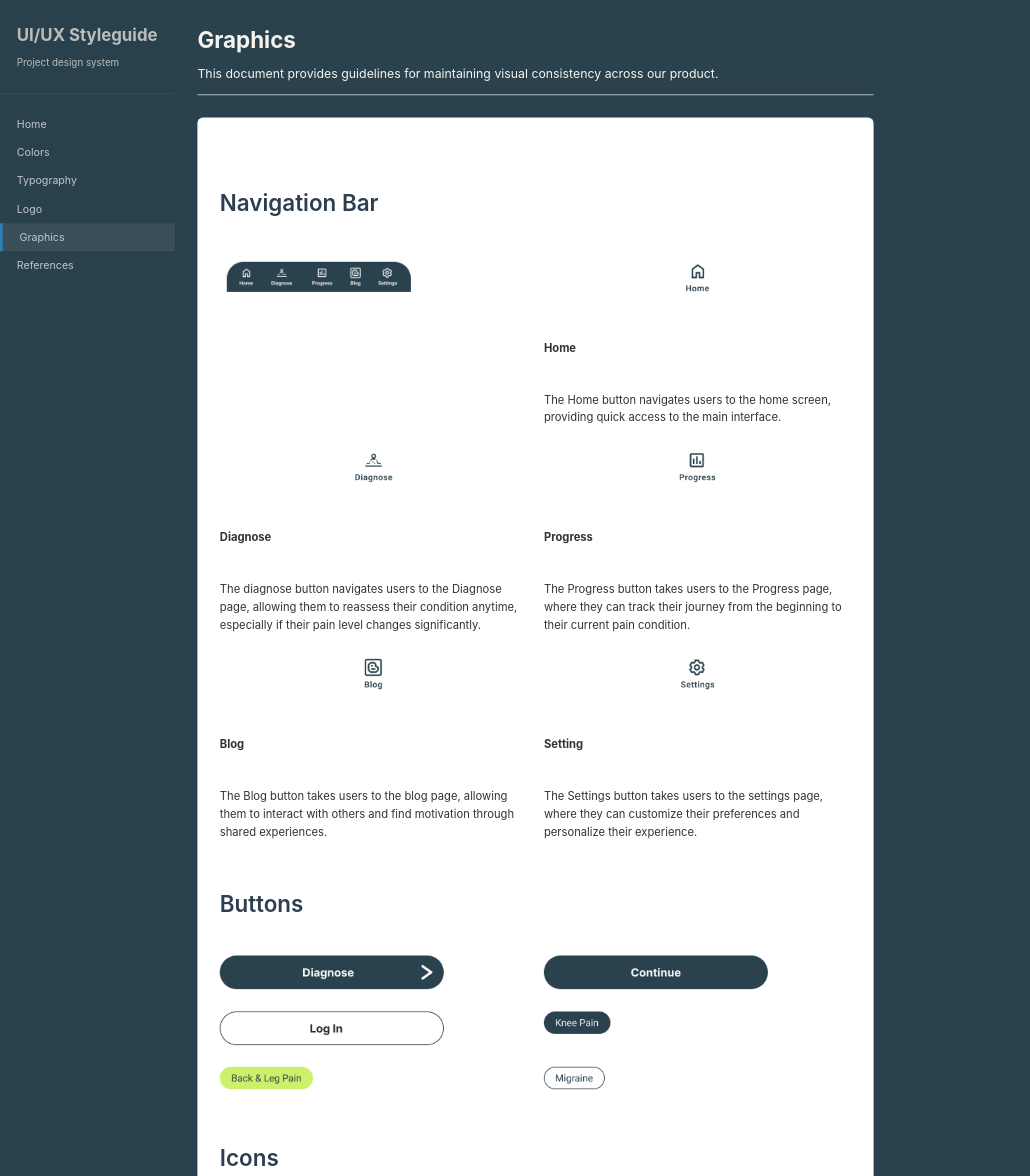
Repository: rosielee09/Heal_U
Page: graphics.html
An editor plug-in stored every save of this project. The page is shown before and after the next save, followed by the edit.
The browser window is 1280 px wide. The page is 1472 px wide, so the pictures cover 1472 px, including what lies to the right of the window. The pictures show the part of the page from y = 0 to 1680 px (the page is 4781 px tall before and 4923 px after), at 70% of full size.

Above is the page before, as saved 2025-04-06 10:41:29.

### graphics.html
<!DOCTYPE html>
<html lang="en">
<head>
    <meta charset="UTF-8">
    <meta name="viewport" content="width=device-width, initial-scale=1.0">
    <link rel="stylesheet" href="styles.css">
    <title>Heal_U Styleguide</title>
</head>
<body>
    <div class="container">
        <!-- Sidebar Navigation -->
        <div class="sidebar">
            <div class="sidebar-header">
                <h1>UI/UX Styleguide</h1>
                <p>Project design system</p>
            </div>
            <ul class="nav">
                <li ><a href="index.html">Home</a></li>
                <li><a href="colors.html">Colors</a></li>
                <li><a href="typography.html">Typography</a></li>
                <li><a href="logo.html">Logo</a></li>
                <li class="active"><a href="graphics.html">Graphics</a></li>
                <li><a href="references.html">References</a></li>
            </ul>
        </div>

        <!-- Main Content - Home Page -->

        <div class="content">
            <header class="page-header">
                <h2>Graphics</h2>
                <p>This document provides guidelines for maintaining visual consistency across our product.</p>
            </header>


           <!-- SECTION 1: menu bar -->
           <div class="component">
            <div class="component-header">

                <section class="component-section">
                    <h3 class="component-title">Navigation Bar</h3>
                    <div class="graphic-grid">


                        <!-- navbar -->
                        <div class="graphic-item">
                            <img class="graphic-menu__icon" src="/img/graphic-menu/navbar.png" alt="navbar" width="60%">
                        </div>
                        <!-- home -->
                        <div class="graphic-item">
                            <img class="graphic-menu__icon" src="/img/graphic-menu/home.png" alt="home">
                            <div class="graphic-info">
                                <h4 class="graphic-title">Home</h4>
                                <p>The Home button navigates users to the home screen, providing quick access to the main interface.</p>
                            </div>
                        </div>
                        <!-- diagnose -->
                        <div class="graphic-item">
                            <img class="graphic-menu__icon" src="/img/graphic-menu/diagnose.png" alt="diagnose">
                            <div class="graphic-info">
                                <h4 class="graphic-title">Diagnose </h4>
                                <div>The diagnose button navigates users to the Diagnose page, allowing them to reassess their condition anytime, especially if their pain level changes significantly.</div>
                            </div>
                        </div>
                        <!-- Progress -->
                        <div class="graphic-item">
                            <img class="graphic-menu__icon" src="/img/graphic-menu/progress.png" alt="Progress">
                            <div class="graphic-info">
                                <h4 class="graphic-title">Progress </h4>
                                <div>
                                    The Progress button takes users to the Progress page, where they can track their journey from the beginning to their current pain condition.</div>
                            </div>
                        </div>

                        <!-- blog -->
                        <div class="graphic-item">
                            <img class="graphic-menu__icon" src="/img/graphic-menu/blog.png" alt="blog">
                            <div class="graphic-info">
                                <h4 class="graphic-title">Blog </h4>
                                <div>The Blog button takes users to the blog page, allowing them to interact with others and find motivation through shared experiences.</div>
                        </div>
                        </div>

                        <!-- Setting -->
                        <div class="graphic-item">
                            <img class="graphic-menu__icon" src="/img/graphic-menu/setting.png" alt="Setting">
                            <div class="graphic-info">
                                <h4 class="graphic-title">Setting </h4>
                                <div>The Settings button takes users to the settings page, where they can customize their preferences and personalize their experience.</div>

                    </div>
                </div>
            </div>

<!-- button section -->
                <section class="component-section">
                    <h3 class="component-title">Buttons </h3>

                    <div class="graphic-grid">
                          <!-- fill button -->
                        <div class="graphic-item">
                            <img class="graphic-button__icon" src="/img/Appovation - buttons/Button-fill-withIcon.png" alt="fill-icon">
                        </div>
                        <div class="graphic-item">
                            <img class="graphic-button__icon" src="/img/Appovation - buttons/Button-fill.jpg" alt="fill">
                        </div>
                        <div class="graphic-item">
                            <img class="graphic-button__icon" src="/img/Appovation - buttons/Button-outline.jpg" alt="outline">
                        </div>
                        <div class="graphic-item">
                            <img class="graphic-button__icon" src="/img/Appovation - buttons/chips-fill.png" alt="chips">
                        </div>
                        <div class="graphic-item">
                            <img class="graphic-button__icon" src="/img/Appovation - buttons/chips-highlighted.png" alt="chips-highlighted">
                        </div>
                        <div class="graphic-item">
                            <img class="graphic-button__icon" src="/img/Appovation - buttons/chips-outlined.png" alt="chips-outlined">
                        </div>
                    </div>
                </section>

            <section class="component-section">
                <h3 class="component-title">Icons </h3>
                <h4 class="graphic-title">User Setting</h4>
                <div class="graphic-item">
                    <img class="graphic-icons" src="/img/Appovation - icons/user setting icon.png" alt="pain_type_icon">
                </div>

                <h4 class="graphic-title">Type of Pain</h4>
                <div class="graphic-grid__icons">

                    <div class="graphic-item">
                        <img class="graphic-icons" src="/img/Appovation - icons/Icon-stabbing.png" alt="pain_type_icon">
                    </div>
                    <div class="graphic-item">
                        <img class="graphic-icons" src="/img/Appovation - icons/Icon-tingling.png" alt="pain_type_icon">
                    </div>
                    <div class="graphic-item">
                        <img class="graphic-icons" src="/img/Appovation - icons/Icon_Burning.png" alt="pain_type_icon">
                    </div>
                    <div class="graphic-item">
                        <img class="graphic-icons" src="/img/Appovation - icons/Icon_Cramps.png" alt="pain_type_icon">
                    </div>
                    <div class="graphic-item">
                        <img class="graphic-icons" src="/img/Appovation - icons/Icon_dull ache.png" alt="pain_type_icon">
                    </div>
                    <div class="graphic-item">
                        <img class="graphic-icons" src="/img/Appovation - icons/Icon_freezing.png" alt="pain_type_icon">
                    </div>
                    <div class="graphic-item">
                        <img class="graphic-icons" src="/img/Appovation - icons/Icon_Migrane.png" alt="pain_type_icon">
                    </div>
                    <div class="graphic-item">
                        <img class="graphic-icons" src="/img/Appovation - icons/Icon_neuralgia.png" alt="pain_type_icon">
                    </div>
                    <div class="graphic-item">
                        <img class="graphic-icons" src="/img/Appovation - icons/Icon_numbness.png" alt="pain_type_icon">
                    </div>
                    <div class="graphic-item">
                        <img class="graphic-icons" src="/img/Appovation - icons/Icon_thobbing.png" alt="pain_type_icon">
                    </div>

                </div>


                <h4 class="graphic-title">Pain Scale</h4>
                <div class="graphic-grid">

                    <div class="graphic-item">
                        <img class="graphic-icons" src="/img/Appovation - icons/Pain_difference-slider-green.png" alt="pain_scale_icon">
                    </div>
                    <div class="graphic-item">
                        <img class="graphic-icons" src="/img/Appovation - icons/Pain_difference-slider-mild.png" alt="pain_scale_icon">
                    </div>
                    <div class="graphic-item">
                        <img class="graphic-icons" src="/img/Appovation - icons/Pain_difference-slider-middle.png" alt="pain_scale_icon">
                    </div>
                    <div class="graphic-item">
                        <img class="graphic-icons" src="/img/Appovation - icons/Pain_difference-slider-less-severe.png" alt="pain_scale_icon">
                    </div>
                    <div class="graphic-item">
                        <img class="graphic-icons" src="/img/Appovation - icons/Pain_difference-slider-severe.png" alt="pain_scale_icon">
                    </div>
                </div>
                <div class="graphic-item-grid1">
                    <img class="graphic-icons" src="/img/Appovation - icons/progress pain scale.png" alt="pain_scale_icon">
                </div>

        </section>

        <section class="component-section">
            <h3 class="component-title">Illustrations</h3>

            <div class="graphic-grid-illustrations">
                  <!-- fill button -->
                <div class="graphic-item-illustrations">
                    <img class="graphic-illustrations" src="/img/Appovation - illustration set/5214865 1.png" >
                </div>
                <div class="graphic-item-illustrations">
                    <img class="graphic-illustrations" src="/img/Appovation - illustration set/AdobeStock_593962329 1.png">
                </div>
                <div class="graphic-item-illustrations">
                    <img class="graphic-illustrations" src="/img/Appovation - illustration set/exercise 2.png" >
                </div>
                <div class="graphic-item-illustrations">
                    <img class="graphic-illustrations" src="/img/Appovation - illustration set/Group 103.png" >
                </div>
                <div class="graphic-item-illustrations">
                    <img class="graphic-illustrations" src="/img/Appovation - illustration set/Group 84.png" >
                </div>
                <div class="graphic-item-illustrations">
                    <img class="graphic-illustrations" src="/img/Appovation - illustration set/Group 98.png" >
                </div>
            </div>
        </section>

        <section class="component-section">
            <h3 class="component-title">Images for Contents</h3>

            <div class="graphic-grid-images">
                <div class="graphic-item">
                    <img class="graphic-icons" src="/img/Appovation - images for contents/unsplash_GbomLmruCM8.png " alt="pain_type_icon">
                </div>
                <div class="graphic-item">
                    <img class="graphic-icons" src="/img/Appovation - images for contents/unsplash_gJtDg6WfMlQ.png" alt="pain_type_icon">
                </div>
                <div class="graphic-item">
                    <img class="graphic-icons" src="/img/Appovation - images for contents/unsplash_kFCdfLbu6zA.png" alt="pain_type_icon">
                </div>
                <div class="graphic-item">
                    <img height="200px" class="graphic-icons" src="/img/Appovation - images for contents/unsplash_PJ8C7JCqK0o-1.png" alt="pain_type_icon">
                </div>
                <div class="graphic-item">
                    <img height="200px" class="graphic-icons" src="/img/Appovation - images for contents/unsplash_PJ8C7JCqK0o.png" alt="pain_type_icon">
                </div>
        </section>

        <section class="component-section">
            <h3 class="component-title">Screens</h3>

            <div class="graphic-grid-images">
                <div class="graphic-item">
                    <img class="graphic-icons" src="/img/Appovation - screens/screen-dailypopup.png " alt="pain_type_icon">
                </div>
                <div class="graphic-item">
                    <img class="graphic-icons" src="/img/Appovation - screens/screen-survey.png" alt="pain_type_icon">
                </div>
                <div class="graphic-item">
                    <img class="graphic-icons" src="/img/Appovation - screens/screen-watchingtutorial.png" alt="pain_type_icon">
                </div>

        </section>


</body>
<script src="script.js"></script>
</html>

### styles.css
* {
    margin: 0;
    padding: 0;
    box-sizing: border-box;
}

body {
    font-family: 'Inter', -apple-system, BlinkMacSystemFont, 'Segoe UI', Roboto, Oxygen, Ubuntu, Cantarell, sans-serif;
    line-height: 1.6;
    color: #333;
    background: #29424D;

    margin: 0;
    padding: 0;
    width: 100vw;
    height: 100vh;


}

/* Layout */
.container {
    display: flex;
    min-height: 100vh;
}

/* Sidebar Navigation */
.sidebar {
    width: 250px;
    background-color: #29424D;
    color: #F8F3EC;
    padding: 2rem 0;
    position: fixed;
    height: 100vh;
    overflow-y: hidden;
    opacity: 0.7;
}


.sidebar-header {
    padding: 0 1.5rem 2rem;
    border-bottom: 1px solid rgba(255, 255, 255, 0.1);
}

.sidebar-header h1 {
    font-size: 1.5rem;
    font-weight: 700;
    margin-bottom: 0.5rem;
}

.sidebar-header p {
    font-size: 0.875rem;
    opacity: 1;
}

.nav {
    list-style: none;
    padding: 1.5rem 0;
}

.nav li {
    padding: 0.5rem 1.5rem;
}

.nav li.active {
    background-color: rgba(255, 255, 255, 0.1);
    border-left: 4px solid #3498db;
}

.nav a {
    color: #fff;
    text-decoration: none;
    display: block;
    font-size: 0.95rem;
    transition: all 0.2s;
}

.nav a:hover {
    opacity: 1;
}

/* Logo in Navbar */
/* Logo styling */
.logo {
    display: flex;
    align-items: left;
    gap: 10px;  /* Space between logo image and text */
    /* padding: 0 1.5rem;  Match your sidebar padding */
}


.logo p {
    color: #F8F3EC;  /* Match your sidebar text color */
    font-weight: 700;
    font-size: 2.5rem;
    margin: 0;  /* Remove default paragraph margin */
    margin-bottom: 0.5rem;
}

/* Home page animation */
.body-homepage{
    overflow: hidden;
    position: relative;
    display: flex;
    align-items: center;
}
.animation--title {
    text-align: right;
    display: flex;
    flex-direction: column;
    justify-content: flex-end;
    margin-left: 45rem; /* Push to the right side */
    margin-right: 5%; /* Keep some space from the edge */
    width: 50%;
  }

  .animation--title-head {

    color: #F8F3EC;
    font-size: 8rem;
    line-height: 1.2;
    font-weight: bold;
    letter-spacing: 2px;
    font-family: 'Roboto', sans-serif;
    text-transform: uppercase;

  }

  .animation--title-subhead {
    color: #F8F3EC;
    font-size: 1.7rem;
    line-height: 1.5;
    font-family: 'Roboto', sans-serif;
    font-style: italic;
    margin-top: 2rem;
    margin-bottom: 2rem;
  }

  .animation--title-member {
    color: #F8F3EC;
    font-size: 1.4rem;
    line-height: 1.4;
    font-family: 'Roboto', sans-serif;

  }



  .blob {
    position: absolute;
    top: 0;
    left: 0;
    fill: #CFC4F4;
    width: 50vmax;
    z-index: -1;
    animation: move 10s ease-in-out infinite;
    transform-origin: 50% 50%;
  }

  @keyframes move {
    0%   { transform: scale(1)   translate(10px, -30px); }
    38%  { transform: scale(0.8, 1) translate(80vw, 30vh) rotate(160deg); }
    40%  { transform: scale(0.8, 1) translate(80vw, 30vh) rotate(160deg); }
    78%  { transform: scale(1.3) translate(0vw, 50vh) rotate(-20deg); }
    80%  { transform: scale(1.3) translate(0vw, 50vh) rotate(-20deg); }
    100% { transform: scale(1)   translate(10px, -30px); }
  }




/* Main Content */
.content {
    flex: 1;
    padding: 2rem;
    margin-left: 250px;
    max-width: calc(100% - 250px);
}

.page-header {
    margin-bottom: 2rem;
    padding-bottom: 1rem;
    border-bottom: 1px solid #eee;
}

.page-header h2 {
    font-size: 2rem;
    font-weight: 700;
    color: #F8F3EC;
    margin-bottom: 0.5rem;
}

.page-header p {
    color: #F8F3EC;
    font-size: 1.1rem;
}

/* Components Common Styles */
.component {
    background-color: #fff;
    border-radius: 8px;
    box-shadow: 0 2px 10px rgba(0, 0, 0, 0.05);
    padding: 2rem;
    margin-bottom: 2rem;
}

.component-section{
    margin-top: 3rem;
}

.component-header {
    margin-top: 1.5rem;
    margin-bottom: 1.5rem;
}

.component-title {
    font-size: 2rem;
    font-weight: 600;
    margin-top: 4rem;
    margin-bottom: 3rem;
    color: #2c3e50;
}

.component-description {
    color: #7f8c8d;
}


    /* Color Styles */
.color-grid {
    display: grid;
    grid-template-columns: repeat(auto-fill, minmax(300px, 1fr));
    gap: 1.5rem;
}

.color-grid__onlycolor {
    display: grid;
    grid-template-columns: repeat(auto-fill, minmax(300px, 2fr));
    gap: 1.5rem;
    align-items: center;
}

.color-grid__Accessiblilliy {
    display: grid;
    grid-template-columns: repeat(auto-fit, minmax(clamp(300px, 50%, 400px), 1fr));
    gap: 1.5rem;
}

.color-item {
    border-radius: 6px;
    overflow: hidden;
    box-shadow: 0 2px 5px rgba(0, 0, 0, 0.1);
}

.color-preview {
    height: 120px;
}

.color-info {
    padding: 1rem;
    background-color: #fff;
}

.color-name {
    font-weight: 600;
    margin-bottom: 0.25rem;
}

.color-value {
    font-family: monospace;
    color: #7f8c8d;
    font-size: 0.85rem;
}

.color__primary--preview{
    background-color: #29424D;
}

.color__secondary--preview{
    background-color: #CFC4F4;
}

.color__tertiary--preview {
    background-color: #F8F3EC;
}

.color__accent--preview{
    background-color: #CDF06B;
}

.color__success--preview{
    background-color: #138636;
}

.color__error--preview{
    background-color: #C32D2D;
}

.color__warning--preview{
    background-color: #FFBD11;
}

.color__info--preview{
    background-color: #4976BA;
}

.color__background--preview{
    background-color: #fff;
}

.color__text--preview{
    background-color: #2E2E30;
}

.color-accessiblillity-img {
    width: 100%;
    height: 70%;
}

.color-example-img{
    align-items: center;
}


/* Graphics */
.graphic-grid {
    display: grid;
    grid-template-columns: repeat(auto-fill, minmax(300px, 2fr));
    gap: 1.5rem;

}

/* section__icons */
.graphic-grid__icons{
    display: grid;
    grid-template-columns: repeat(5, 1fr);
    gap: 1.5rem;
}

.graphic-item{
   justify-items: center;

}


.graphic-menu__icon{
    margin: 10px;
}
.graphic-title{
    margin-top: 3rem;
    margin-bottom: 3rem;
}

.graphic-item-grid1{
    margin-top: 3rem;
}


/* section illustrations */
.graphic-grid-illustrations,
.graphic-grid-images{
    display: grid;
    grid-template-columns: repeat(3, 1fr);
    gap: 1.5rem;
}
.graphic-item-illustrations,
.graphic-illustrations{
    max-width: 200px;
    max-height: 200px;
}
.graphic-icons{
    border-radius: 20px;
}

/* Typography */

/* Import Roboto font with multiple weights */
@import url('https://fonts.googleapis.com/css2?family=Roboto:wght@400;500;700&display=swap');

.component-title-typography{
    color: #F8F3EC;
}

/* Table styling */
table {
  width: 100%;
  border-collapse: collapse;
  font-family: 'Roboto', sans-serif;
  margin: 2rem 0;
}

th {
  background-color: #f8f9fa;
  color: #212529;
  padding: 12px 16px;
  text-align: left;
  font-weight: 500;
  border-bottom: 2px solid #dee2e6;

}

td {
  padding: 16px;
  border-bottom: 1px solid #e9ecef;
  vertical-align: top;
}

/* Remove default list styling */
td li {
  list-style: none;
  margin: 4px 0;
  padding-left: 0;
}



.content-image {
  margin: auto;
  display: block;
  padding: 1rem;
}

.center {
  text-align: center;
}



.typography-item {
    margin-bottom: 2rem;
}


.heading1 {
  font-family: 'Roboto', sans-serif;
  font-size: 40px;
  line-height: 48px;
  font-weight: 700;
  color: #212529;

}

.heading2 {
  font-family: 'Roboto', sans-serif;
  font-size: 32px;
  line-height: 40px;
  font-weight: 700;
  color: #212529;
}

.section-header {
  font-family: 'Roboto', sans-serif;
  font-size: 24px;
  line-height: 32px;
  font-weight: 700;
  color: #212529;
}

.sub-header {
  font-family: 'Roboto', sans-serif;
  font-size: 20px;
  line-height: 28px;
  font-weight: 700;
  color: #212529;
}

.body-bold {
  font-family: 'Roboto', sans-serif;
  font-size: 16px;
  line-height: 24px;
  font-weight: 700;
  color: #212529;
}


.body {
  font-family: 'Roboto', sans-serif;
  font-size: 16px;
  line-height: 24px;
  font-weight: 400;
  color: #212529;
}

.small {
  font-family: 'Roboto', sans-serif;
  font-size: 14px;
  line-height: 20px;
  font-weight: 400;
  color: #212529;
}

.small-italic {
  font-family: 'Roboto', sans-serif;
  font-style: italic;
  font-size: 14px;
  line-height: 20px;
  font-weight: 400;
  color: #212529;
}

.tiny-bold {
  font-family: 'Roboto', sans-serif;
  font-size: 12px;
  line-height: 18px;
  font-weight: 700;
  color: #212529;
}

.tiny {
  font-family: 'Roboto', sans-serif;
  font-size: 12px;
  line-height: 18px;
  font-weight: 400;
  color: #212529;
}

.mini {
  font-family: 'Roboto', sans-serif;
  font-size: 8px;
  line-height: 12px;
  font-weight: 400;
  color: #212529;
  letter-spacing: 0.5px;
}

/* Add zebra striping for better readability */
tbody tr:nth-child(odd) {
  background-color: #f8f9fa;
}

Loaded but not shown: script.js (no stored copy; drawn as an empty file)

After the next save:
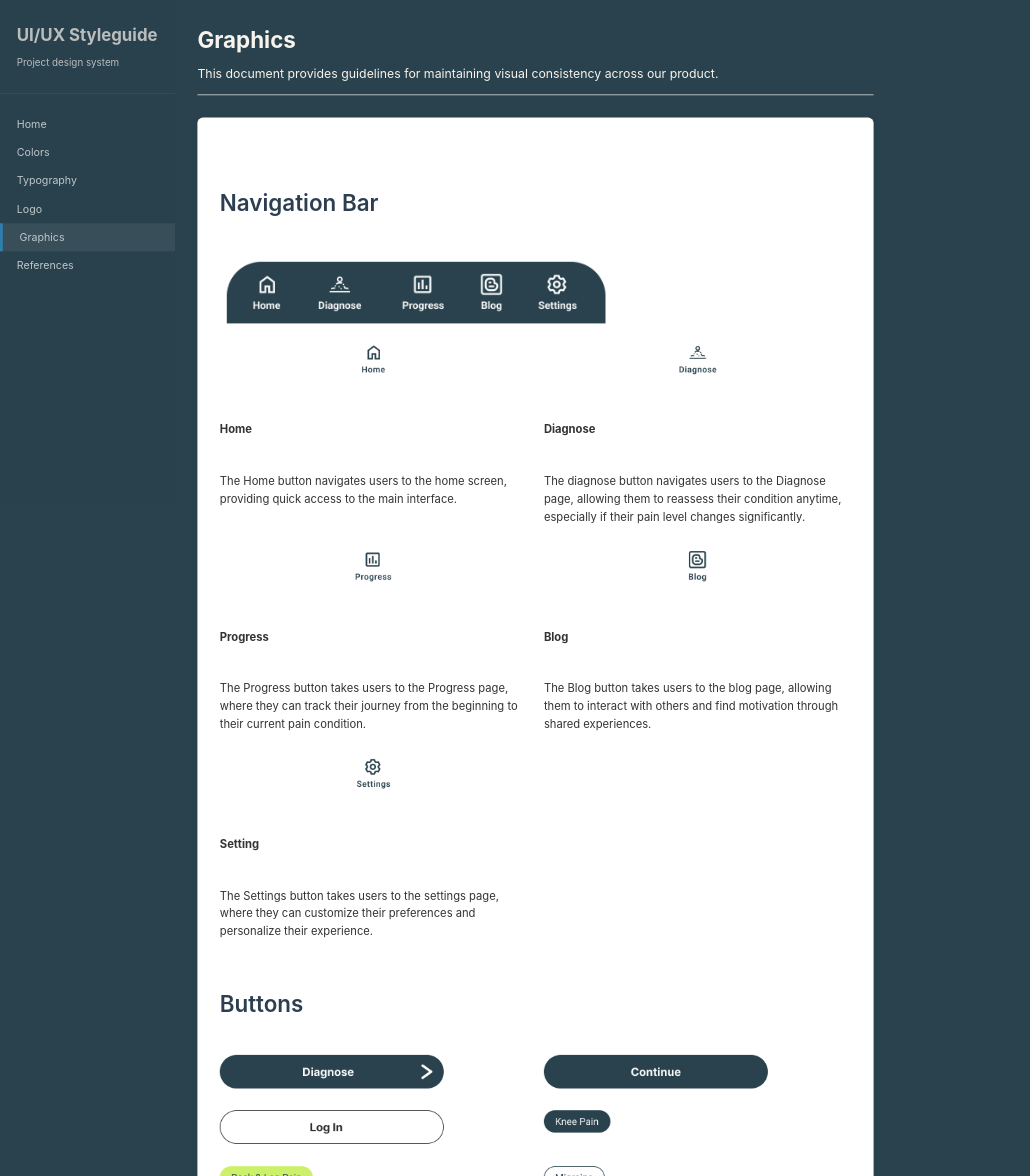
Saved 11 s later.
--- a/graphics.html
+++ b/graphics.html
@@ -39,13 +39,13 @@
 
                 <section class="component-section">
                     <h3 class="component-title">Navigation Bar</h3>
+                                            <!-- navbar -->
+                                            <div class="graphic-item">
+                                                <img class="graphic-menu__icon" src="/img/graphic-menu/navbar.png" alt="navbar" width="60%">
+                                            </div>
+
+
                     <div class="graphic-grid">
-
-
-                        <!-- navbar -->
-                        <div class="graphic-item">
-                            <img class="graphic-menu__icon" src="/img/graphic-menu/navbar.png" alt="navbar" width="60%">
-                        </div>
                         <!-- home -->
                         <div class="graphic-item">
                             <img class="graphic-menu__icon" src="/img/graphic-menu/home.png" alt="home">
